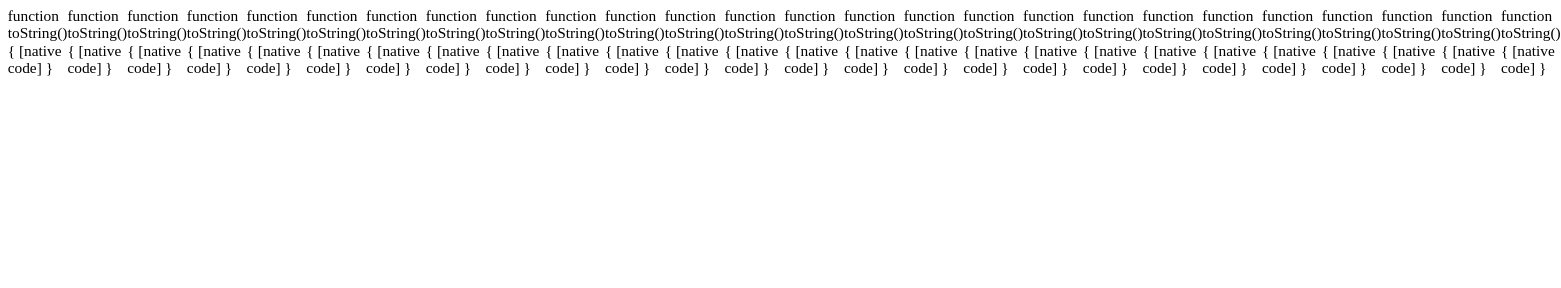
Repository: jcohenp/DI_Exercises
Page: W3/D3/normal/ex_1/index (1).html
The author's editor kept a copy of each file at every save. The page is drawn from the files as they stood at one save, then again after the next save.
The browser window is 1280 px wide. The page is 1626 px wide, then 1280 px, then 1626 px, so the pictures cover 1626 px, including what lies to the right of the window. The pictures show the whole page, at 96% of full size.

Above is the page before, as saved 2020-08-25 21:28:40.

After the next save:
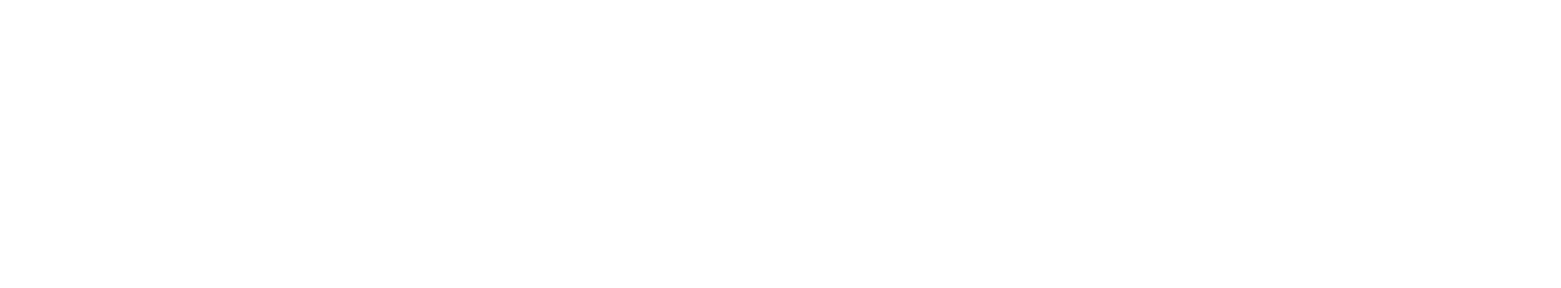
Console error: SyntaxError: Unexpected token ';'
Saved 7 s later.
--- a/W3/D3/normal/ex_1/js/script2.js
+++ b/W3/D3/normal/ex_1/js/script2.js
@@ -4,6 +4,5 @@
 for (boxnr = 0; boxnr < 26; ++boxnr) {
     let box = document.createElement("div");
     box.setAttribute("id", boxnr);
-    box.innerHTML = (boxnr + 10).toString;
-    parent.appendChild(box);
-}
+    box.innerHTML = (boxnr.toString; parent.appendChild(box);
+    }

After the save that followed:
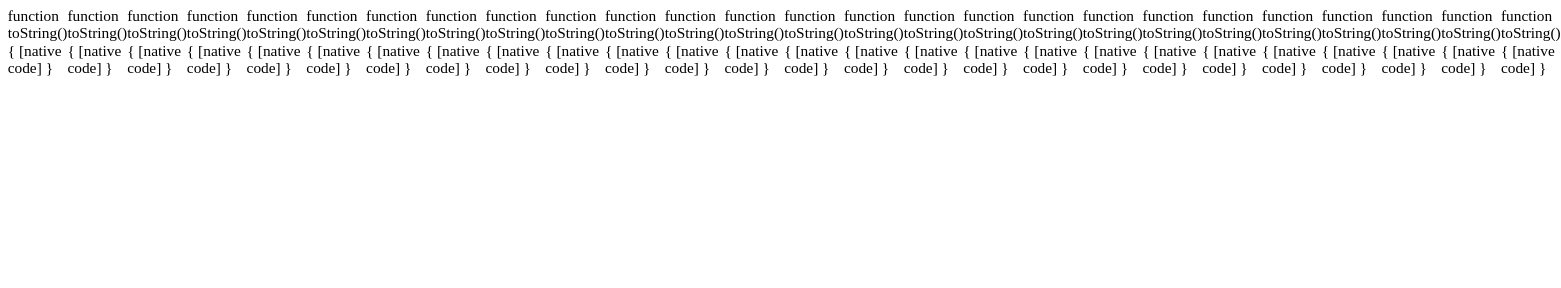
The error is gone.
Saved 12 s later.
--- a/W3/D3/normal/ex_1/js/script2.js
+++ b/W3/D3/normal/ex_1/js/script2.js
@@ -4,5 +4,6 @@
 for (boxnr = 0; boxnr < 26; ++boxnr) {
     let box = document.createElement("div");
     box.setAttribute("id", boxnr);
-    box.innerHTML = (boxnr.toString; parent.appendChild(box);
-    }
+    box.innerHTML = (boxnr.toString);
+    parent.appendChild(box);
+}
